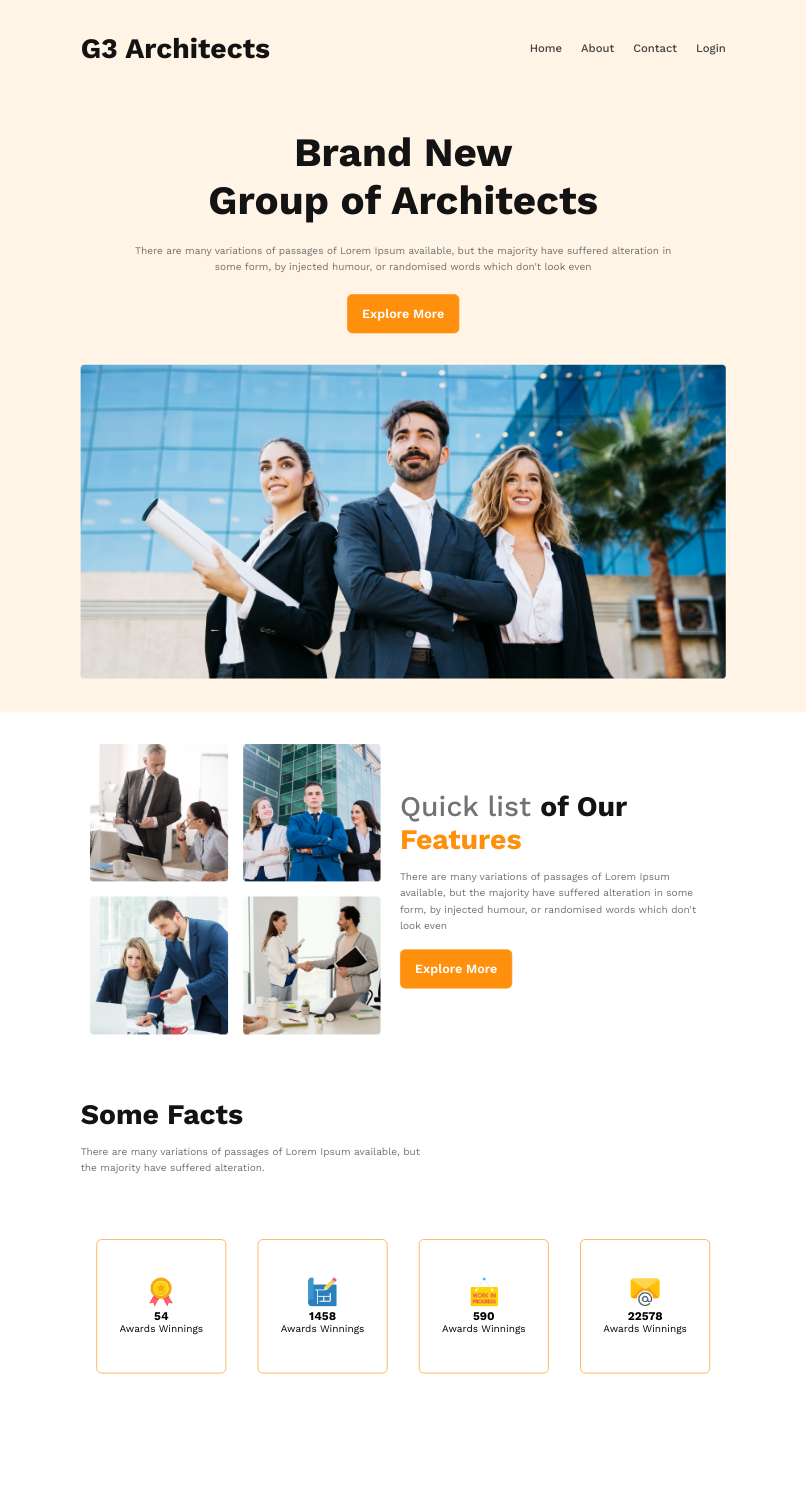
Repository: ShouravAhammed/G3-architects-webpage
Page: index.html
These files come from the project's save history. The page is drawn as it stood at one moment and after the next save; the edit follows.
The browser window is 1280 px wide. The pictures show the whole page, at 63% of full size.

Above is the page before, as saved 2024-01-13 01:57:13.

After the next save:
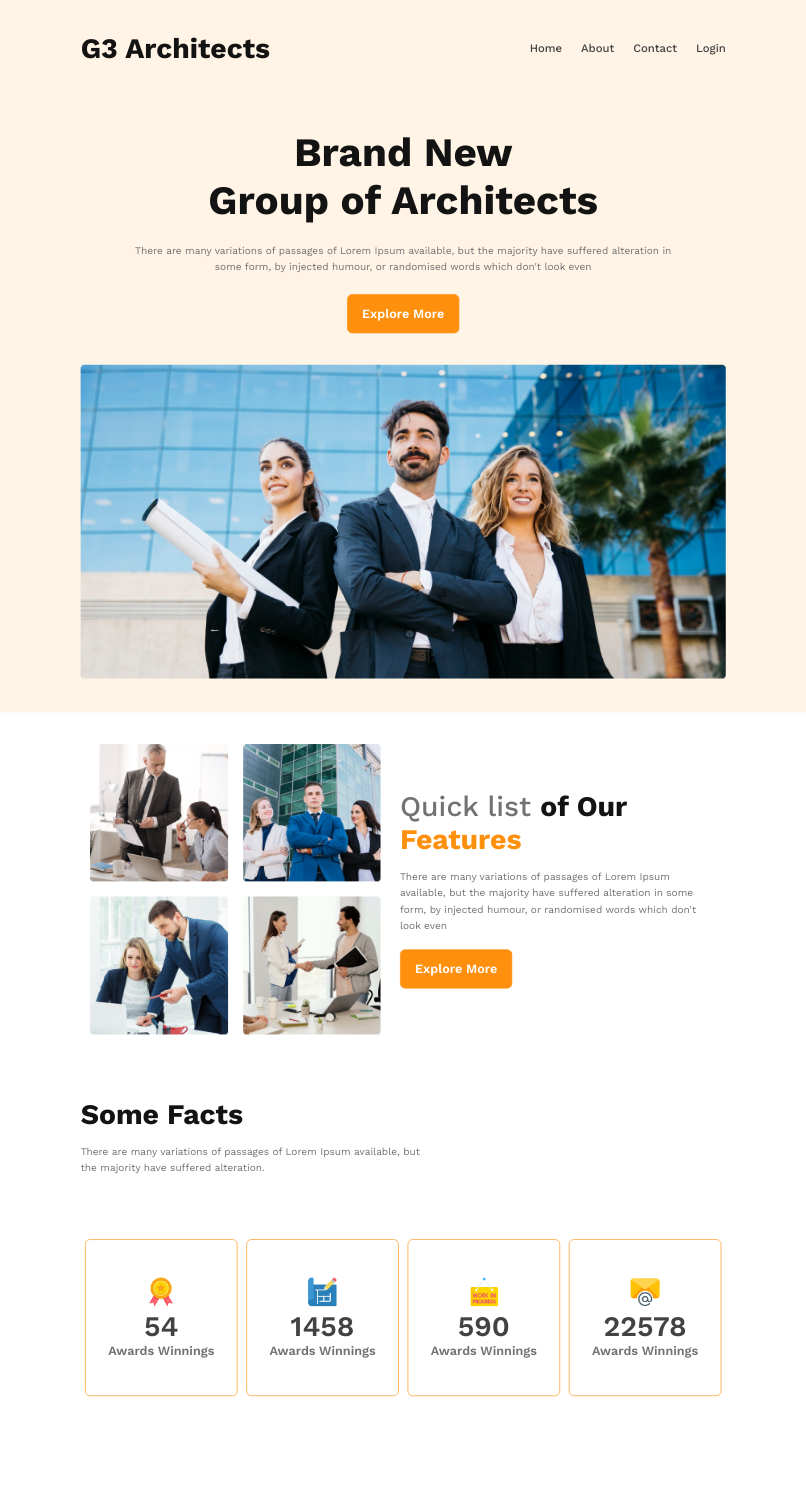
Saved 2 min 32 s later.
--- a/styles/style.css
+++ b/styles/style.css
@@ -159,6 +159,16 @@
     width: 46px;
     height: 46px;
 }
+.some-facts-card .card-number{
+    color: #424242;
+    font-size: 45px;
+    font-weight: 600;
+}
+.some-facts-card .card-description{
+    color: #727272;
+    font-size: 20px;
+    font-weight: 600;
+}
 
 
 
